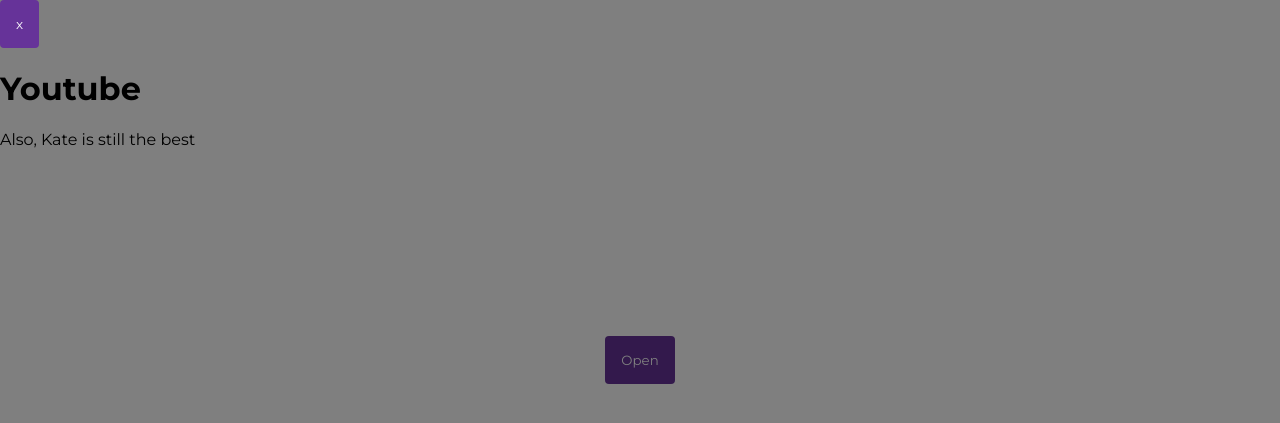
Repository: kate30980/js-practice
Page: popup-modal/index.html
These files come from the project's save history. The page is drawn as it stood at one moment and after the next save; the edit follows.
The browser window is 1280 px wide. The pictures show the whole page.

Above is the page before, as saved 2021-08-28 23:18:43.

### popup-modal/index.html
<!DOCTYPE html>
<html lang="en">

<head>
    <meta charset="UTF-8">
    <meta http-equiv="X-UA-Compatible" content="IE=edge">
    <meta name="viewport" content="width=device-width, initial-scale=1.0">
    <title>Popup-Modal</title>
    <link rel="stylesheet" href="style.css">
    <script src="script.js" defer></script>
</head>

<body>
    <button id="open">Open</button>

    <div class="popup-container">
        <div class="popup">
            <button id="close">x</button>
            <h1>Youtube</h1>
            <p>Also, Kate is still the best</p>
        </div>
    </div>
</body>

</html>

### popup-modal/style.css
 @import url('https://fonts.googleapis.com/css2?family=Montserrat:wght@300;400;600;700&display=swap');
*{
    box-sizing: border-box;
}
body{
    display: flex;
    align-items: center;
    justify-content: center;
    font-family: 'Montserrat', sans-serif;
    margin: 0;
    min-height:100vh;
}
button{
    background-color: rebeccapurple;
    color: white;
    padding: 1rem;
    border-radius: 4px;
    border:none !important;
    font-family: inherit;
}
.popup-container{
    position: fixed;
    top: 0;left: 0;bottom: 0;right: 0;
    background-color: rgba(0,0,0,0.5);
}

Loaded but not shown: popup-modal/script.js (no stored copy; drawn as an empty file)

After the next save:
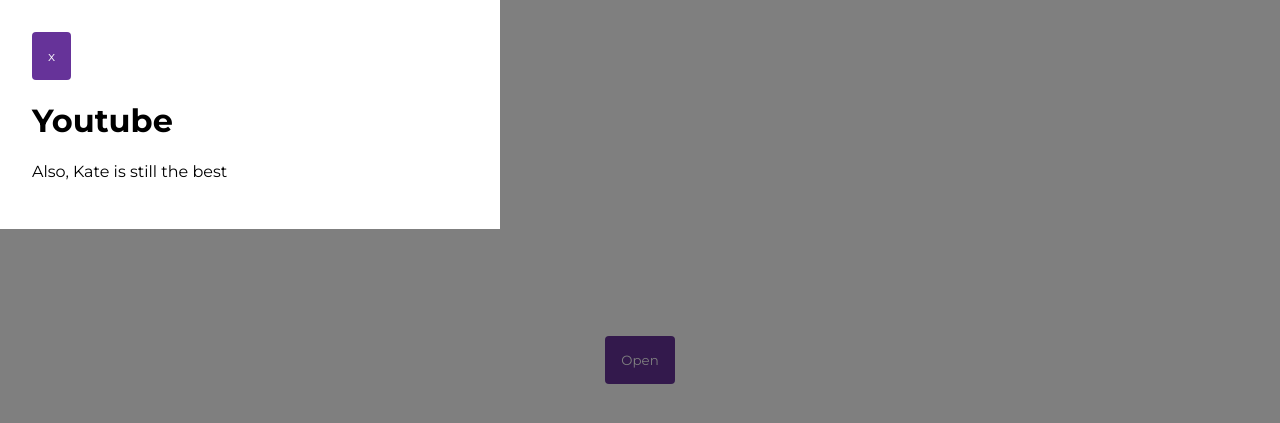
Saved 45 s later.
--- a/popup-modal/style.css
+++ b/popup-modal/style.css
@@ -23,3 +23,8 @@
     top: 0;left: 0;bottom: 0;right: 0;
     background-color: rgba(0,0,0,0.5);
 }
+.popup{
+    background-color: white;
+    padding: 2rem;
+    width: 500px;
+}
